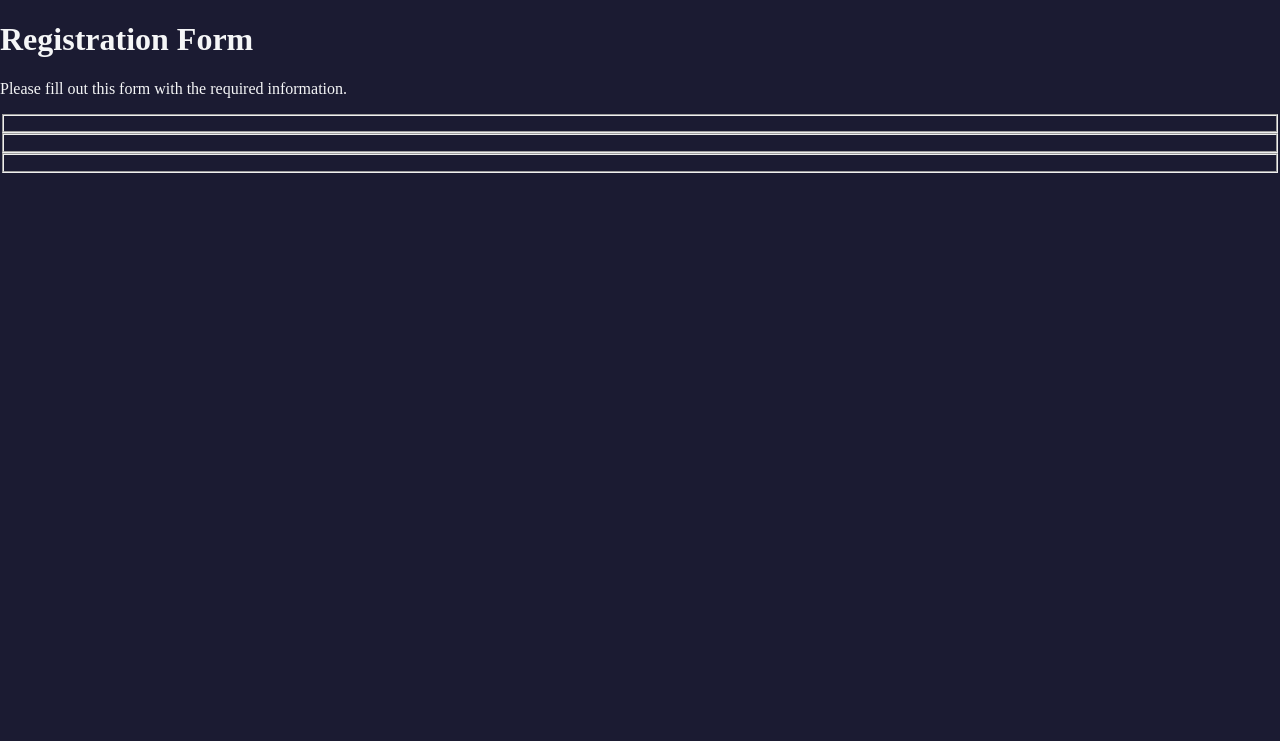
Repository: Lungdjos/registration_form
Page: index.html
These files come from the project's save history. The page is drawn as it stood at one moment and after the next save; the edit follows.
The browser window is 1280 px wide. The pictures show the whole page.

Above is the page before, as saved 2023-09-28 14:27:11.

After the next save:
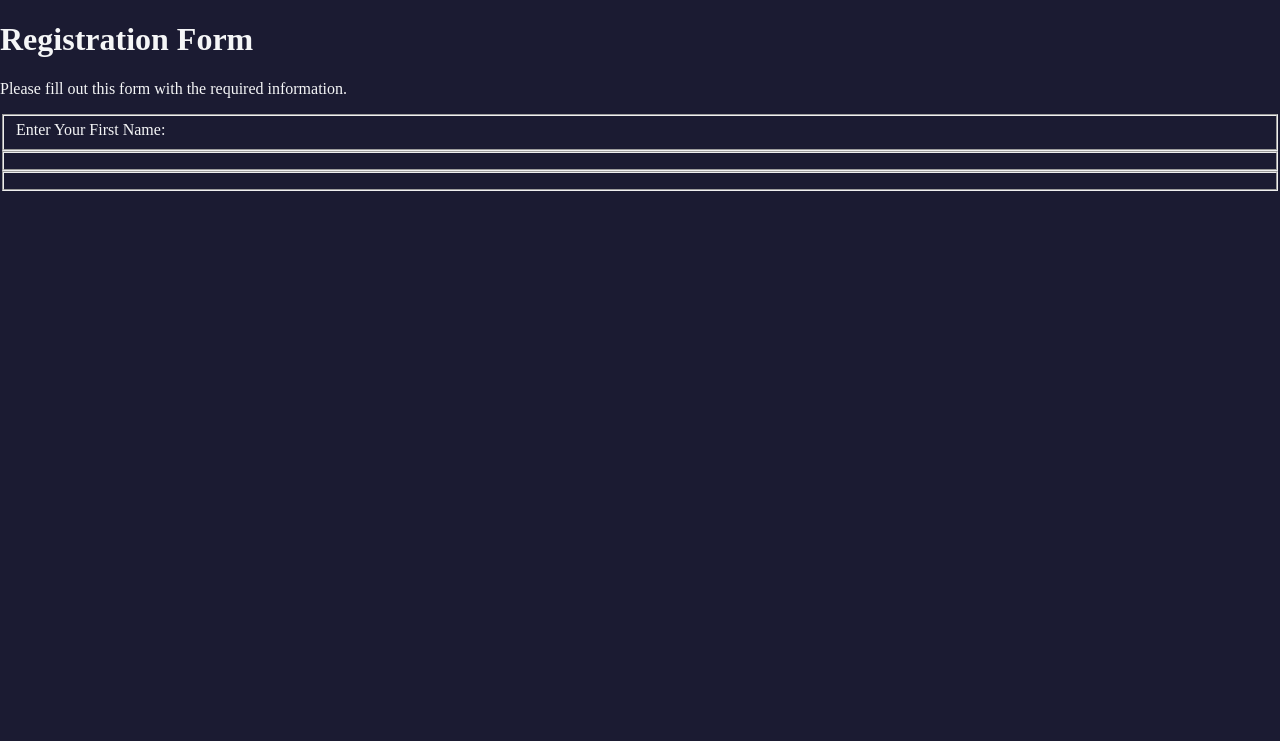
Saved 44 s later.
--- a/index.html
+++ b/index.html
@@ -13,7 +13,7 @@
     <p>Please fill out this form with the required information.</p>
     <form action="https://register-demo.freecodecamp.org" method="post">
         <fieldset>
-            <label for=""></label>
+            <label for="">Enter Your First Name:</label>
             <label for=""></label>
             <label for=""></label>
             <label for=""></label>
